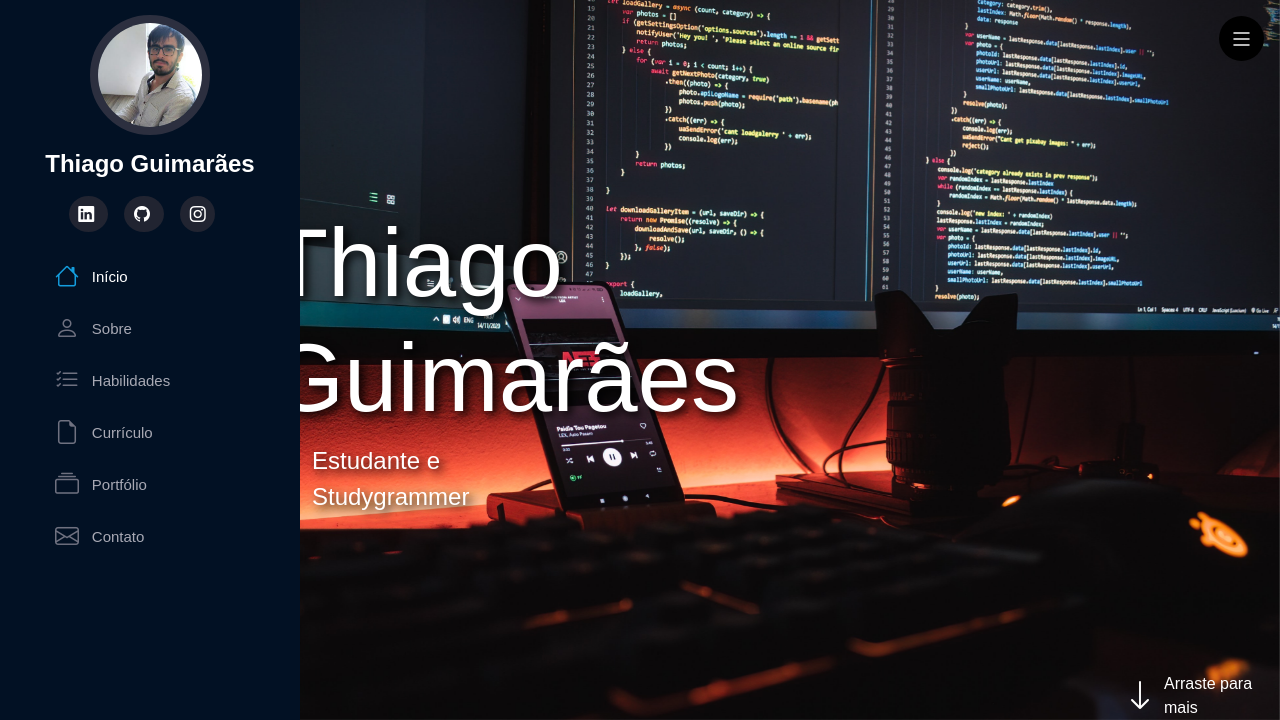
Repository: Rayago/projeto-portfolio
Page: http://localhost/
The author's editor kept a copy of each file at every save. The page is drawn from the files as they stood at one save, then again after a run of saves.
The browser window is 1280 px wide. The pictures show the whole page.
Some web fonts or font styles are not loaded; a fallback is used. The page is served by the project's application, run on Flask 3 (app.py).

Above is the page before, as saved 2022-07-12 17:53:29.

### templates/index.html
<!DOCTYPE html>
<html lang="pt-br">
<head>
    <meta charset="UTF-8">
    <meta http-equiv="X-UA-Compatible" content="IE=edge">
    <meta name="viewport" content="width=device-width, initial-scale=1.0">
    <link rel="stylesheet" href="../static/bootstrap/css/bootstrap.css">
    <link rel="stylesheet" href="../static/style.css">
    <link rel="icon" type="image/png" href="../static/img">
    <link rel="stylesheet" href="https://cdn.jsdelivr.net/npm/bootstrap-icons@1.8.3/font/bootstrap-icons.css">
    <title>Thiago Guimarães</title>
</head>
<body>

    <i class="bi bi-list menu-mobile"></i>

    <aside id="header">
        <section class="profile">
            <img src="../static/img/meu_perfil.jpg" alt="Foto Perfil"/>
            <h1>Thiago Guimarães</h1>
            <div class="social-links mt-4 text-center">
                <a target="_blank" href="https://www.linkedin.com/in/raymundo-thiago">
                    <i class="bi bi-linkedin"></i>
                </a>
                <a target="_blank" href="https://www.github.com/Rayago">
                    <i class="bi bi-github"></i>
                </a>
                <a target="_blank" href="https://www.instagram.com/estudatech">
                    <i class="bi bi-instagram"></i>
                </a>
            </div>
        </section>

        <nav id="navbar" class="nav-menu">
            <ul class="nav flex-column">
                <li class="nav-item">
                  <a class="nav-link active" aria-current="page" href="#"><i class="bi bi-house" aria-hidden="true"></i> Início</a>
                </li>
                <li class="nav-item">
                  <a class="nav-link" href="#"><i class="bi bi-person" aria-hidden="true"></i> Sobre</a>
                </li>
                <li class="nav-item">
                  <a class="nav-link" href="#"><i class="bi bi-list-check" aria-hidden="true"></i> Habilidades</a>
                </li>
                <li class="nav-item">
                    <a class="nav-link" aria-current="page" href="#"><i class="bi bi-file-earmark" aria-hidden="true"></i> Currículo</a>
                </li>
                <li class="nav-item">
                    <a class="nav-link" href="#"><i class="bi bi-collection" aria-hidden="true"></i> Portfólio</a>
                </li>
                <li class="nav-item">
                    <a class="nav-link" href="#"><i class="bi bi-envelope" aria-hidden="true"></i> Contato</a>
                </li>
              </ul>
        </nav>

    </aside>

    <main id="main">

        <section id="inicio" class="row m-0 p-0">
            <div class="col-md-5 d-flex justify-content-center align-items-center flex-column">
                <h2 class="text-white text-shadow">Thiago Guimarães</h2>
                <span id="subtitle" class="text-white text-shadow">Estudante e Studygrammer</span>
            </div>

            <div class="col-md-7 d-flex justify-content-end align-items-end">
                <div id="arraste" class="d-flex align-items-center">
                    <i class="bi bi-arrow-down text-white pe-2 fs-2" aria-hidden="true"></i>
                    <a href="">Arraste para mais</a>
                </div>

            </div>
        </section>

    </main>

    <script src="../static/bootstrap/js/bootstrap.bundle.min.js"></script>
    <script src="../static/script.js"></script>
</body>
</html>

### app.py
from flask import Flask, render_template, redirect

app = Flask(__name__)

@app.route('/')
def index():
    return render_template('index.html')

if __name__ == '__main__':
    app.run(debug=True)

### static/style.css
@import url('https://fonts.googleapis.com/css2?family=Ubuntu:ital,wght@0,300;0,400;0,500;0,700;1,300;1,400;1,500;1,700&display=swap');

html, body {
    font-family: Ubuntu, Arial;
    width: 100%;
    height: 100%;
}

#header {
    position: fixed;
    top: 0;
    left: 0;
    bottom: 0;
    background: #021124;
    overflow-y: auto;
    width: 300px;
    transition: all ease-in-out 0.5s;
    padding: 0 15px;
    z-index: 9997;
}

#header .profile img {
    margin: 15px auto;
    display: block;
    width: 120px;
    border: 8px solid #2c2f3f;
    border-radius: 50%;
}

#header .profile h1 {
    font-size: 24px;
    margin: 0;
    padding: 0;
    font-weight: 600;
    text-align: center;
    color: white;
}

#header .profile .social-links a {
    font-size: 1rem;
    background: #212431;
    color: #fff;
    padding: 0.6rem;
    margin-right: 1rem;
    border-radius: 50%;
    transition: 0.3s;
    text-decoration: none;
}

#header .profile .social-links a:hover {
    background: #149ddd;
}

.nav-menu {
    padding: 1.5rem;
}

.nav-menu a,
.nav-menu a:focus {
    display: flex;
    align-items: center;
    color: #a8a9b4;
    transition: 0.3s;
    font-size: 15px;
}

.nav-menu a i,
.nav-menu a:focus i {
    font-size: 24px;
    padding-right: 0.8rem;
    color: #6f7180;
}

.nav-menu a:hover,
.nav-menu .active,
.nav-menu .active:focus,
.nav-menu li:hover > a {
    text-decoration: none;
    color: #fff;
}

.nav-menu a:hover i,
.nav-menu .active i,
.nav-menu .active:focus i,
.nav-menu li:hover > a i {
    color: #149ddd;
}

#main{
    margin-left: 300px;
}

section#inicio {
    background-image: url("./img/banner.jpg");
    background-repeat: no-repeat;
    background-size: cover;
    background-attachment: fixed;
    background-position: center;

    width: 100%;
    height: 100vh;
}


section#inicio h2{
    font-size: 6rem;
}

section#inicio span#subtitle{
    margin-right: 8rem;
    font-size: 1.5rem;
}

.text-shadow {
    text-shadow: 4px 4px 10px #000000;
}

section#inicio div#arraste {
    width: 9rem;
}

section#inicio div#arraste a {
    text-decoration: none;
    color: #fff;
}

i.menu-mobile {
    position: fixed;
    color: #fff;
    background-color: #000;
    right: 1rem;
    top: 1rem;
    font-size: 1.5rem;
    border-radius: 4rem;
    cursor: pointer;
    z-index: 10;
    width: 45px;
    height: 45px;
    display: flex;
    justify-content: center;
    align-items: center;
}

Loaded but not shown: static/bootstrap/css/bootstrap.css (library); static/bootstrap/js/bootstrap.bundle.min.js (library); static/script.js (no stored copy; drawn as an empty file)

After the next 2 saves:
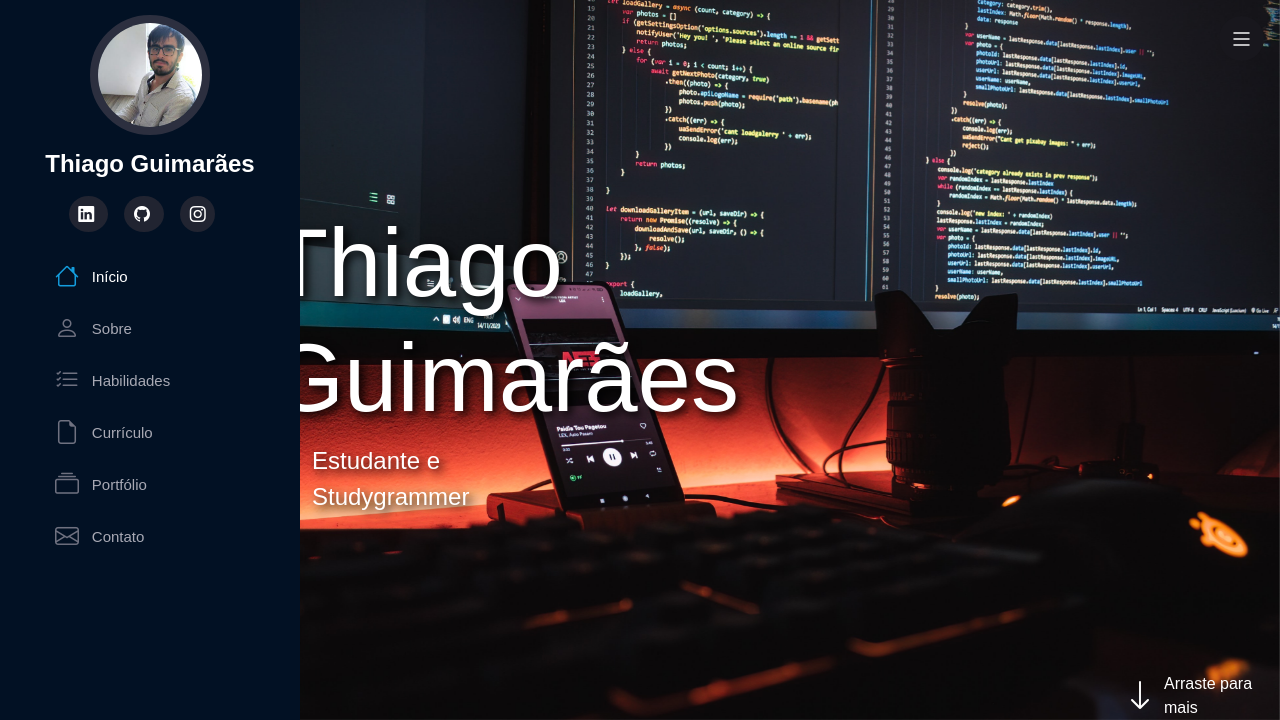
The 2 saves are shown as one change because they came seconds apart.
The last was saved 82 s later.
--- a/static/style.css
+++ b/static/style.css
@@ -127,7 +127,7 @@ section#inicio div#arraste a {
 i.menu-mobile {
     position: fixed;
     color: #fff;
-    background-color: #000;
+    background-color: #18171D;
     right: 1rem;
     top: 1rem;
     font-size: 1.5rem;
